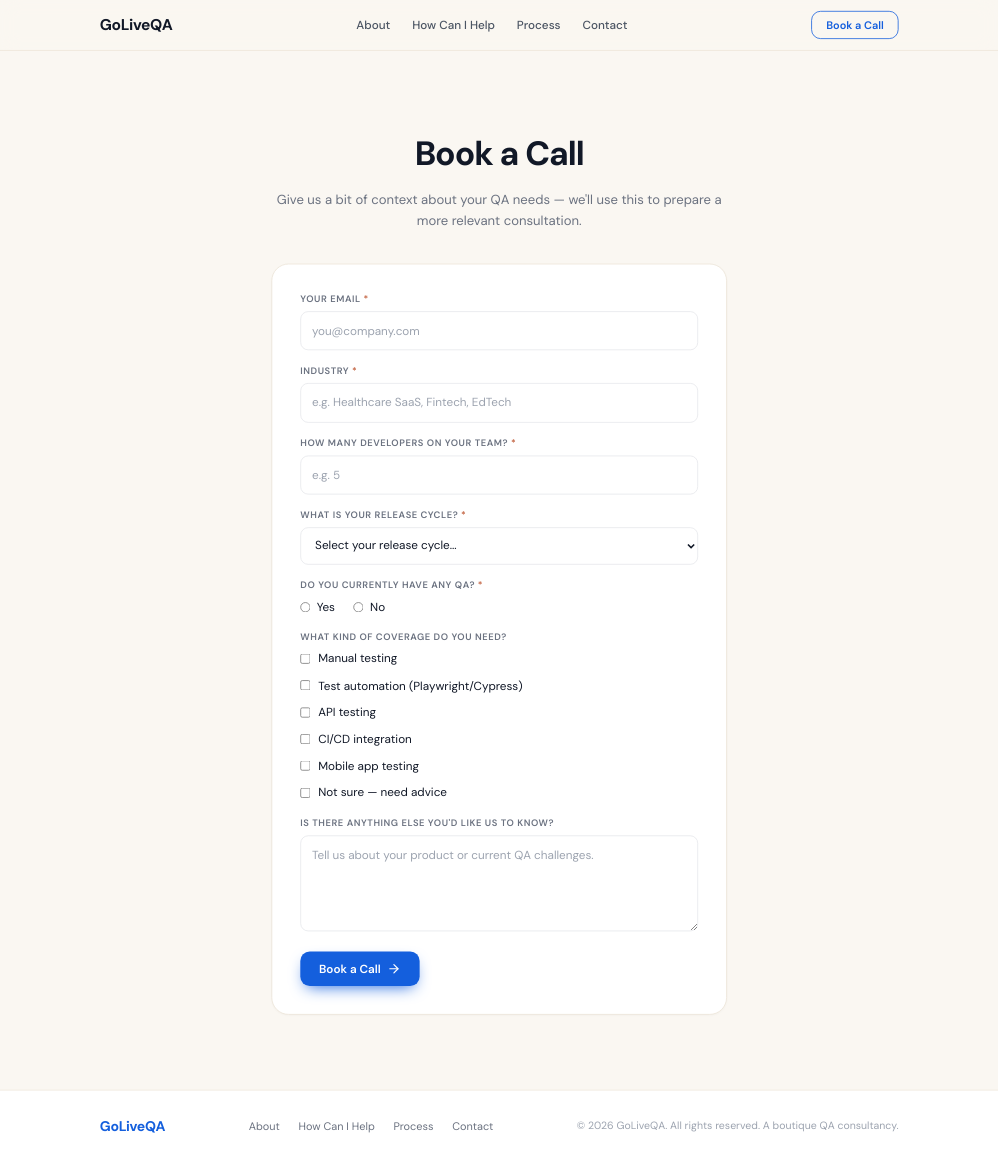
Repository: Monika281992/GoLiveQA
Page: /book-a-call
An editor plug-in stored every save of this project. The page is shown before and after the next save, followed by the edit.
The browser window is 1280 px wide. The pictures show the whole page, at 78% of full size.
The project was rebuilt for these pictures with package versions that can differ from the ones it lists, and the page was loaded fresh each time. The framework's server and built-in components were replaced by stand-ins that run in the browser. Also part of the build but not shown: next.config.mjs.

Above is the page before, as saved 2026-06-27 11:28:33.

### app/layout.tsx
import type { Metadata } from "next";
import { DM_Sans, Kaushan_Script } from "next/font/google";
import "./globals.css";

const dmSans = DM_Sans({
  subsets: ["latin"],
  weight: ["300", "400", "500", "600", "700"],
  variable: "--font-sans",
  display: "swap",
});

const kaushan = Kaushan_Script({
  subsets: ["latin"],
  weight: "400",
  variable: "--font-script",
  display: "swap",
});

export const metadata: Metadata = {
  title: "GoLiveQA",
  description:
    "Senior QA engineer with 9 years of hands-on experience testing Healthcare, SaaS, AI & Real Estate products at startups across India and US. Playwright, Cypress, Postman. Available remotely.",
};

export default function RootLayout({
  children,
}: {
  children: React.ReactNode;
}) {
  return (
    <html lang="en" className={`${dmSans.variable} ${kaushan.variable}`}>
      <body className="font-sans leading-relaxed">{children}</body>
    </html>
  );
}

### app/book-a-call/page.tsx
import { BookCall } from "@/components/BookCall";
import { Navbar } from "@/components/navbar";
import { Footer } from "@/components/footer";

export const metadata = {
  title: "Book a Call — GoLiveQA",
  description: "Tell us about your QA needs and we'll be in touch within 24 hours.",
};

export default function BookACallPage() {
  return (
    <div className="min-h-screen bg-surface">
      <Navbar />
      <main className="mx-auto max-w-[680px] px-5 py-16 sm:px-8 md:py-24 lg:px-12">
        <div className="mb-10 text-center">
          <h1 className="text-[clamp(2rem,4.4vw,2.7rem)] font-bold tracking-[-0.03em] text-ink">
            Book a Call
          </h1>
          <p className="mt-3 text-[1.05rem] leading-relaxed text-muted">
            Give us a bit of context about your QA needs — we'll use this to prepare a more relevant consultation.
          </p>
        </div>
        <BookCall />
      </main>
      <Footer />
    </div>
  );
}

### app/globals.css
@tailwind base;
@tailwind components;
@tailwind utilities;

html {
  scroll-behavior: smooth;
}

body {
  background-color: #faf7f2;
  color: #4b5563;
  -webkit-font-smoothing: antialiased;
}

### components/BookCall.jsx
"use client";

import { useState, useEffect } from "react";
import { useSearchParams } from "next/navigation";
import { ArrowRight } from "lucide-react";
import { Button } from "@/components/ui/button";

const labelClass =
  "mb-2 block text-xs font-semibold uppercase tracking-[0.06em] text-muted";
const fieldClass =
  "w-full rounded-[10px] border border-gray-200 bg-white px-3.5 py-3 text-[15px] text-ink transition-all outline-none focus:border-brand focus:ring-[3px] focus:ring-brand/15";

const coverageOptions = [
  "Manual testing",
  "Test automation (Playwright/Cypress)",
  "API testing",
  "CI/CD integration",
  "Mobile app testing",
  "Not sure — need advice",
];

const releaseCycles = [
  "Select your release cycle...",
  "Multiple times a day",
  "Once a day",
  "2-3 times a week",
  "Once a week",
  "Every 2 weeks (bi-weekly)",
  "Once a month",
  "Ad hoc / no fixed schedule",
  "Not sure yet",
];

export function BookCall() {
  const searchParams = useSearchParams();
  const [formData, setFormData] = useState({
    email: "",
    industry: "",
    developers: "",
    releaseCycle: "",
    hasQA: "",
    qaEngineers: "",
    coverage: [],
    notes: "",
  });

  useEffect(() => {
    const emailFromUrl = searchParams.get("email");
    if (emailFromUrl) {
      setFormData((prev) => ({ ...prev, email: emailFromUrl }));
    }
  }, [searchParams]);
  const [isSubmitting, setIsSubmitting] = useState(false);
  const [isSuccess, setIsSuccess] = useState(false);
  const [error, setError] = useState("");

  function handleChange(e) {
    setFormData({ ...formData, [e.target.name]: e.target.value });
  }

  function handleCoverage(option) {
    setFormData((prev) => ({
      ...prev,
      coverage: prev.coverage.includes(option)
        ? prev.coverage.filter((o) => o !== option)
        : [...prev.coverage, option],
    }));
  }

  async function handleSubmit(e) {
    e.preventDefault();
    setIsSubmitting(true);
    setError("");
    try {
      const res = await fetch("/api/book-call", {
        method: "POST",
        headers: { "Content-Type": "application/json" },
        body: JSON.stringify(formData),
      });
      if (!res.ok) throw new Error();
      setIsSuccess(true);
    } catch {
      setError("Failed to submit. Please try again.");
    } finally {
      setIsSubmitting(false);
    }
  }

  if (isSuccess) {
    return (
      <div className="flex flex-col items-center justify-center gap-6 rounded-[22px] border border-hairline bg-white p-9 shadow-card text-center">
        <div className="flex h-20 w-20 items-center justify-center rounded-full bg-green-100">
          <ArrowRight className="h-9 w-9 text-green-600" />
        </div>
        <div>
          <h3 className="mb-2 text-2xl font-bold text-ink">We'll be in touch soon!</h3>
          <p className="text-base text-muted">
            Thanks for filling out the form. We'll review your details and reach out within 24 hours.
          </p>
        </div>
        <Button variant="outline" onClick={() => setIsSuccess(false)}>
          Submit Another
        </Button>
      </div>
    );
  }

  return (
    <form
      onSubmit={handleSubmit}
      className="flex flex-col gap-[18px] rounded-[22px] border border-hairline bg-white p-6 shadow-card sm:p-9"
    >
      {error && (
        <div className="rounded-lg border border-red-200 bg-red-50 px-4 py-3 text-sm text-red-800">
          {error}
        </div>
      )}

      {/* Email */}
      <div>
        <label className={labelClass}>
          Your Email <span className="text-accent">*</span>
        </label>
        <input
          type="email"
          name="email"
          value={formData.email}
          onChange={handleChange}
          placeholder="you@company.com"
          className={fieldClass}
          required
        />
      </div>

      {/* 1. Industry */}
      <div>
        <label className={labelClass}>
          Industry <span className="text-accent">*</span>
        </label>
        <input
          type="text"
          name="industry"
          value={formData.industry}
          onChange={handleChange}
          placeholder="e.g. Healthcare SaaS, Fintech, EdTech"
          className={fieldClass}
          required
        />
      </div>

      {/* 2. Developers */}
      <div>
        <label className={labelClass}>
          How many developers on your team? <span className="text-accent">*</span>
        </label>
        <input
          type="number"
          name="developers"
          value={formData.developers}
          onChange={handleChange}
          placeholder="e.g. 5"
          min={1}
          className={fieldClass}
          required
        />
      </div>

      {/* 3. Release cycle */}
      <div>
        <label className={labelClass}>
          What is your release cycle? <span className="text-accent">*</span>
        </label>
        <select
          name="releaseCycle"
          value={formData.releaseCycle}
          onChange={handleChange}
          className={fieldClass}
          required
        >
          {releaseCycles.map((c) => (
            <option key={c} value={c === releaseCycles[0] ? "" : c} disabled={c === releaseCycles[0]}>
              {c}
            </option>
          ))}
        </select>
      </div>

      {/* 4. Has QA */}
      <div>
        <label className={labelClass}>
          Do you currently have any QA? <span className="text-accent">*</span>
        </label>
        <div className="flex gap-6">
          {["Yes", "No"].map((opt) => (
            <label key={opt} className="flex cursor-pointer items-center gap-2 text-[15px] text-ink">
              <input
                type="radio"
                name="hasQA"
                value={opt}
                checked={formData.hasQA === opt}
                onChange={handleChange}
                required
                className="accent-brand"
              />
              {opt}
            </label>
          ))}
        </div>
        {formData.hasQA === "Yes" && (
          <div className="mt-3">
            <label className={labelClass}>How many QA engineers?</label>
            <input
              type="number"
              name="qaEngineers"
              value={formData.qaEngineers}
              onChange={handleChange}
              min={1}
              placeholder="e.g. 2"
              className={fieldClass}
            />
          </div>
        )}
      </div>

      {/* 5. Coverage */}
      <div>
        <label className={labelClass}>What kind of coverage do you need?</label>
        <div className="flex flex-col gap-2.5">
          {coverageOptions.map((opt) => (
            <label key={opt} className="flex cursor-pointer items-center gap-2.5 text-[15px] text-ink">
              <input
                type="checkbox"
                checked={formData.coverage.includes(opt)}
                onChange={() => handleCoverage(opt)}
                className="accent-brand h-4 w-4 rounded"
              />
              {opt}
            </label>
          ))}
        </div>
      </div>

      {/* 6. Notes */}
      <div>
        <label className={labelClass}>Is there anything else you'd like us to know?</label>
        <textarea
          name="notes"
          value={formData.notes}
          onChange={handleChange}
          rows={4}
          placeholder="Tell us about your product or current QA challenges."
          className={`${fieldClass} resize-y`}
        />
      </div>

      <Button type="submit" className="self-start" disabled={isSubmitting}>
        {isSubmitting ? "Submitting…" : "Book a Call"}
        <ArrowRight className="h-[18px] w-[18px]" />
      </Button>
    </form>
  );
}

### components/navbar.tsx
import { Button } from "@/components/ui/button";

const links = [
  { label: "About", href: "#about" },
  { label: "How Can I Help", href: "#services" },
  { label: "Process", href: "#process" },
  { label: "Contact", href: "#contact" },
];

export function Navbar() {
  return (
    <header className="sticky top-0 z-50 border-b border-hairline bg-surface/80 backdrop-blur-md backdrop-saturate-150">
      <nav className="mx-auto flex max-w-container flex-wrap items-center justify-between gap-4 px-5 py-3.5 sm:px-8 lg:px-12">
        <a
          href="#top"
          className="text-xl font-bold tracking-tight text-ink"
        >
          GoLiveQA
        </a>
        <div className="flex flex-wrap items-center gap-7">
          {links.map((l) => (
            <a
              key={l.href}
              href={l.href}
              className="text-[15px] font-medium text-body transition-colors hover:text-ink"
            >
              {l.label}
            </a>
          ))}
        </div>
        <Button asChild variant="outline" size="sm">
          <a href="/book-a-call">Book a Call</a>
        </Button>
      </nav>
    </header>
  );
}

### components/footer.tsx
const links = [
  { label: "About", href: "#about" },
  { label: "How Can I Help", href: "#services" },
  { label: "Process", href: "#process" },
  { label: "Contact", href: "#contact" },
];

export function Footer() {
  return (
    <footer className="border-t border-hairline bg-white py-8">
      <div className="mx-auto flex max-w-container flex-wrap items-center justify-between gap-x-7 gap-y-4 px-5 sm:px-8 lg:px-12">
        <a href="#top" className="text-lg font-bold tracking-tight text-brand">
          GoLiveQA
        </a>
        <div className="flex flex-wrap gap-6">
          {links.map((l) => (
            <a
              key={l.href}
              href={l.href}
              className="text-sm text-muted transition-colors hover:text-ink"
            >
              {l.label}
            </a>
          ))}
        </div>
        <p className="text-[13.5px] text-faint">
          © 2026 GoLiveQA. All rights reserved. A boutique QA consultancy.
        </p>
      </div>
    </footer>
  );
}

### components/ui/button.tsx
import * as React from "react";
import { Slot } from "@radix-ui/react-slot";
import { cva, type VariantProps } from "class-variance-authority";
import { cn } from "@/lib/utils";

const buttonVariants = cva(
  "inline-flex items-center justify-center gap-2 whitespace-nowrap rounded-xl font-semibold transition-all focus-visible:outline-none focus-visible:ring-2 focus-visible:ring-brand/40 focus-visible:ring-offset-2 disabled:pointer-events-none disabled:opacity-50",
  {
    variants: {
      variant: {
        default:
          "bg-brand text-white shadow-brand hover:bg-brand-dark hover:-translate-y-0.5",
        outline:
          "border-[1.5px] border-brand text-brand hover:bg-brand hover:text-white",
        ghost: "text-brand hover:bg-brand/5",
      },
      size: {
        default: "h-11 px-6 text-[15px]",
        lg: "h-[52px] px-7 text-base",
        sm: "h-9 px-[18px] text-sm",
      },
    },
    defaultVariants: {
      variant: "default",
      size: "default",
    },
  }
);

export interface ButtonProps
  extends React.ButtonHTMLAttributes<HTMLButtonElement>,
    VariantProps<typeof buttonVariants> {
  asChild?: boolean;
}

const Button = React.forwardRef<HTMLButtonElement, ButtonProps>(
  ({ className, variant, size, asChild = false, ...props }, ref) => {
    const Comp = asChild ? Slot : "button";
    return (
      <Comp
        className={cn(buttonVariants({ variant, size, className }))}
        ref={ref}
        {...props}
      />
    );
  }
);
Button.displayName = "Button";

export { Button, buttonVariants };

### tailwind.config.ts
import type { Config } from "tailwindcss";

const config: Config = {
  content: [
    "./app/**/*.{ts,tsx}",
    "./components/**/*.{ts,tsx}",
  ],
  theme: {
    extend: {
      colors: {
        // Brand action color (blue) — CTAs, links
        brand: { DEFAULT: "#145fdd", dark: "#0d46b8" },
        // Warm personal accent (terracotta) — eyebrows, badges, signature
        accent: { DEFAULT: "#c2613f", soft: "#f6ebe5" },
        // Warm surfaces
        surface: { DEFAULT: "#faf7f2", soft: "#f4ede2" },
        hairline: "#ece4d7",
        // Text
        ink: "#111827",
        body: "#4b5563",
        muted: "#6b7280",
        faint: "#9ca3af",
      },
      fontFamily: {
        sans: ["var(--font-sans)", "system-ui", "sans-serif"],
        script: ["var(--font-script)", "cursive"],
      },
      maxWidth: {
        container: "1120px",
      },
      boxShadow: {
        card: "0 1px 3px rgba(0,0,0,0.03)",
        lift: "0 20px 40px -18px rgba(0,0,0,0.16)",
        brand: "0 8px 20px -8px rgba(20,95,221,0.5)",
        photo: "0 18px 44px -22px rgba(0,0,0,0.28)",
        cta: "0 28px 70px -34px rgba(0,0,0,0.22)",
      },
    },
  },
  plugins: [],
};

export default config;

Loaded but not shown: lib/utils.ts (common file)

After the next save:
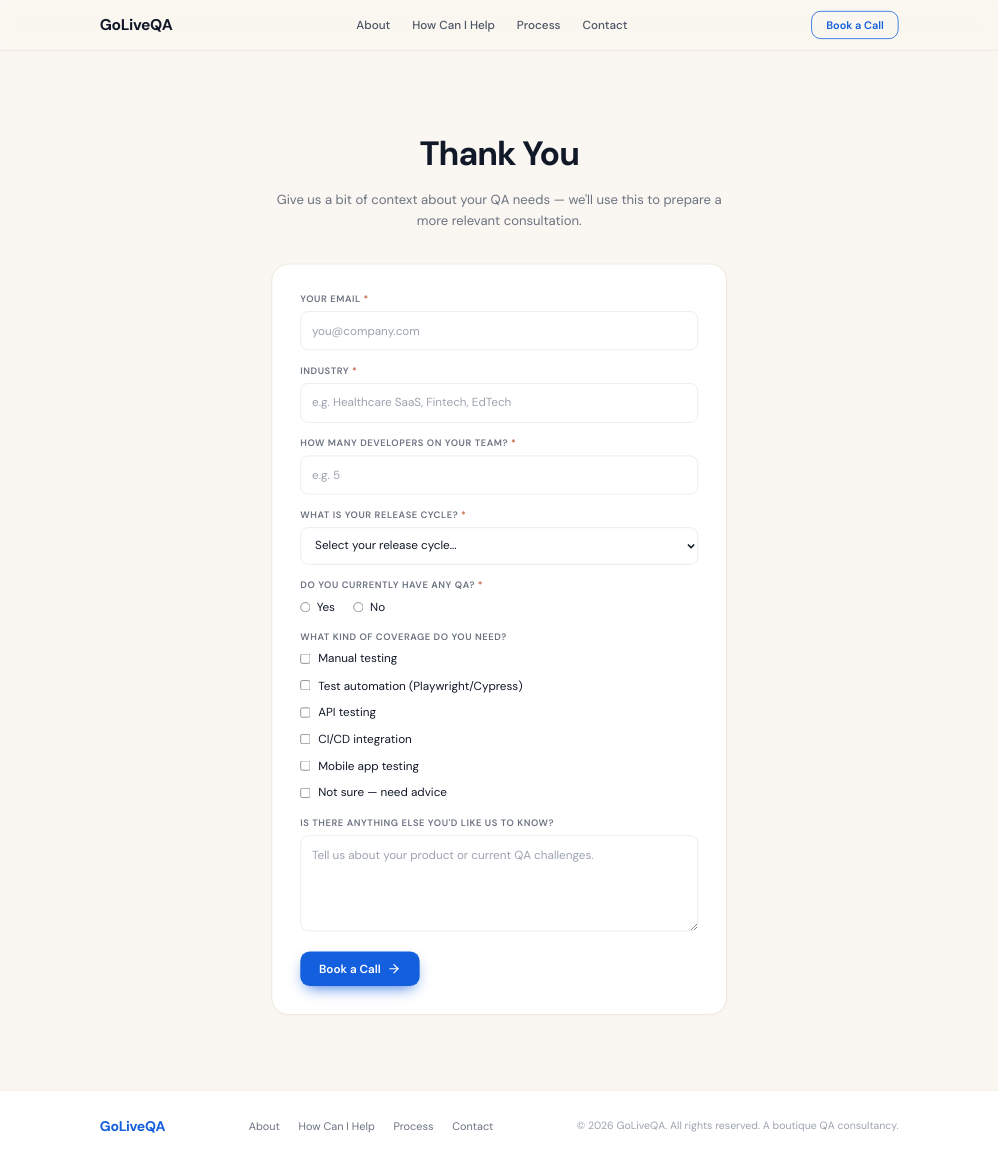
Saved 23 s later.
--- a/app/book-a-call/page.tsx
+++ b/app/book-a-call/page.tsx
@@ -14,7 +14,7 @@ export default function BookACallPage() {
       <main className="mx-auto max-w-[680px] px-5 py-16 sm:px-8 md:py-24 lg:px-12">
         <div className="mb-10 text-center">
           <h1 className="text-[clamp(2rem,4.4vw,2.7rem)] font-bold tracking-[-0.03em] text-ink">
-            Book a Call
+            Thank You
           </h1>
           <p className="mt-3 text-[1.05rem] leading-relaxed text-muted">
             Give us a bit of context about your QA needs — we'll use this to prepare a more relevant consultation.
